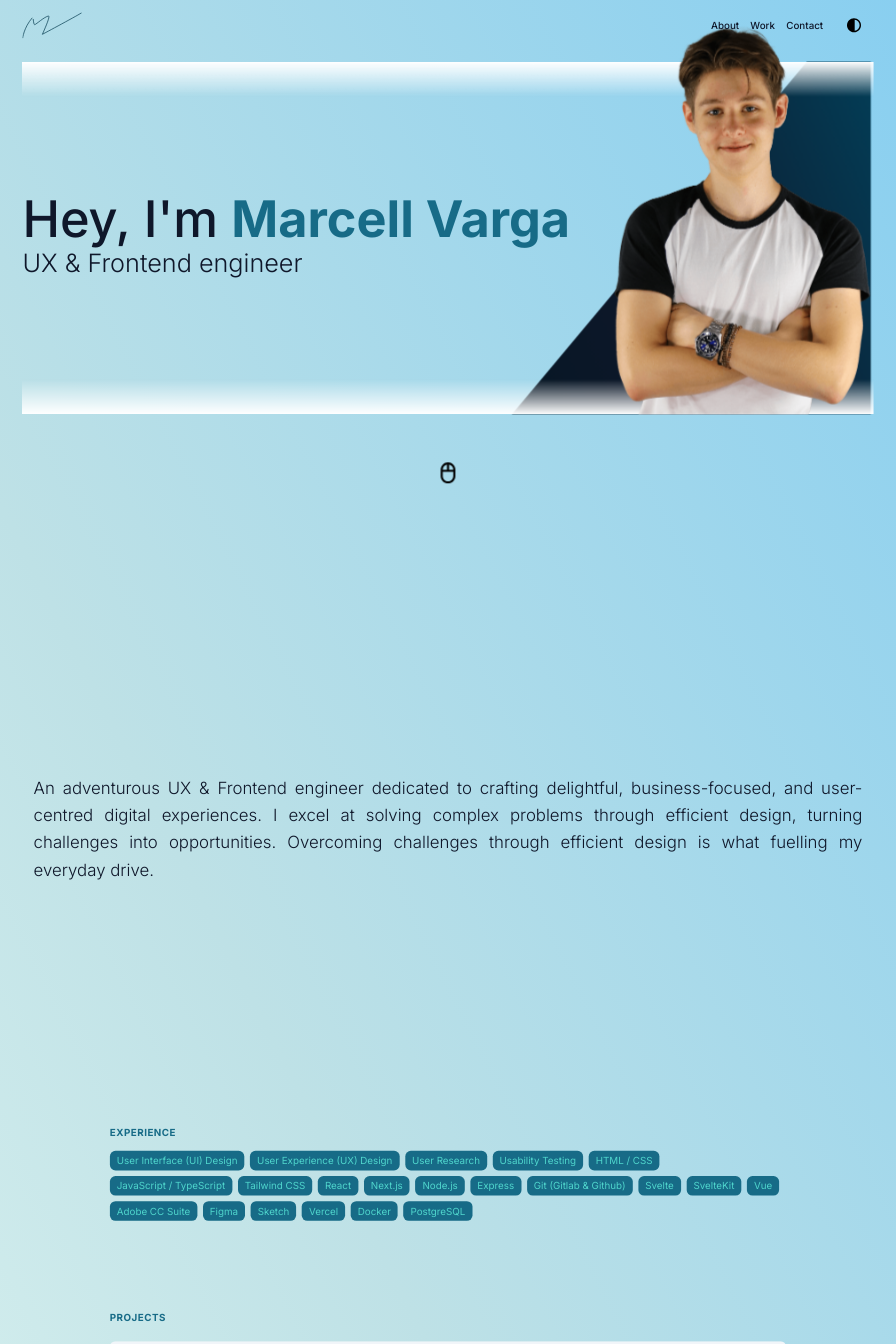
Repository: TheMarcellVarga/personal-portfolio-v.2
Page: /
These files come from the project's save history. The page is drawn as it stood at one moment and after a run of saves; the edit follows.
The browser window is 1280 px wide. The pictures show the part of the page from y = 0 to 1920 px (the page is 4294 px tall), at 70% of full size.
The project was rebuilt for these pictures with package versions that can differ from the ones it lists, and the page was loaded fresh each time. The framework's server and built-in components were replaced by stand-ins that run in the browser. Also part of the build but not shown: next.config.mjs.

Above is the page before, as saved 2024-07-19 00:13:41.

### app/layout.tsx
import type { Metadata } from "next";
import { Inter } from "next/font/google";
import "./globals.css";

const inter = Inter({ subsets: ["latin"] });

export const metadata: Metadata = {
  title: {
    template: "%s | Marcell Varga",
    default: "Marcell Varga",
  },
  description: "Marcell Varga Portfolio | UX & Frontend Engineer",
};
export default function RootLayout({
  children,
}: Readonly<{
  children: React.ReactNode;
}>) {
  return (
    <html lang="en">
      <body className={inter.className}>{children}</body>
    </html>
  );
}

### app/globals.css
@tailwind base;
@tailwind components;
@tailwind utilities;

/* :root {
  --foreground-rgb: 0, 0, 0;
  --background-start-rgb: 214, 219, 220;
  --background-end-rgb: 255, 255, 255;
}

@media (prefers-color-scheme: dark) {
  :root {
    --foreground-rgb: 255, 255, 255;
    --background-start-rgb: 0, 0, 0;
    --background-end-rgb: 0, 0, 0;
  }
}

body {
  color: rgb(var(--foreground-rgb));
  background: linear-gradient(
      to bottom,
      transparent,
      rgb(var(--background-end-rgb))
    )
    rgb(var(--background-start-rgb));
}

@layer utilities {
  .text-balance {
    text-wrap: balance;
  }
} */

/* Light mode */
body {
  background-color: white;
  color: black;
}

/* Dark mode */
.dark body {
  background-color: black;
  color: white;
}

/* globals.css */
.svg-pink {
  fill: pink;
}

/* In your CSS file */
.light .dark-mode-icon {
  fill: #ffffff
}

.dark .dark-mode-icon {
  fill: #ffffff; /* Dark mode color */
}

@-webkit-keyframes animate-svg-stroke-1 {
  0% {
    stroke-dashoffset: 210.06117248535156px;
    stroke-dasharray: 210.06117248535156px;
  }

  100% {
    stroke-dashoffset: 420.1223449707031px;
    stroke-dasharray: 210.06117248535156px;
  }
}

@keyframes animate-svg-stroke-1 {
  0% {
    stroke-dashoffset: 210.06117248535156px;
    stroke-dasharray: 210.06117248535156px;
  }

  100% {
    stroke-dashoffset: 420.1223449707031px;
    stroke-dasharray: 210.06117248535156px;
  }
}

.svg-elem-1 {
  -webkit-animation: animate-svg-stroke-1 1s ease-in-out 1s both;
  animation: animate-svg-stroke-1 1s ease-in-out 1s both;
}

@-webkit-keyframes animate-svg-stroke-2 {
  0% {
    stroke-dashoffset: 798.271240234375px;
    stroke-dasharray: 798.271240234375px;
  }

  100% {
    stroke-dashoffset: 1596.54248046875px;
    stroke-dasharray: 798.271240234375px;
  }
}

@keyframes animate-svg-stroke-2 {
  0% {
    stroke-dashoffset: 798.271240234375px;
    stroke-dasharray: 798.271240234375px;
  }

  100% {
    stroke-dashoffset: 1596.54248046875px;
    stroke-dasharray: 798.271240234375px;
  }
}

.svg-elem-2 {
  -webkit-animation: animate-svg-stroke-2 1s ease-in-out 1.12s both;
  animation: animate-svg-stroke-2 1s ease-in-out 1.12s both;
}

@-webkit-keyframes animate-svg-stroke-3 {
  0% {
    stroke-dashoffset: 2px;
    stroke-dasharray: 2px;
  }

  100% {
    stroke-dashoffset: 4px;
    stroke-dasharray: 2px;
  }
}

@keyframes animate-svg-stroke-3 {
  0% {
    stroke-dashoffset: 2px;
    stroke-dasharray: 2px;
  }

  100% {
    stroke-dashoffset: 4px;
    stroke-dasharray: 2px;
  }
}

.svg-elem-3 {
  -webkit-animation: animate-svg-stroke-3 1s ease-in-out 1.24s both;
  animation: animate-svg-stroke-3 1s ease-in-out 1.24s both;
}

/* CSS for the overlay */
.nav-overlay {
  position: fixed;
  top: 0;
  right: 0;
  width: 80%; /* Adjust the width as needed */
  height: 100%;
  background-color: rgba(23, 107, 135, 1); /* Semi-transparent background */
  transform: translateX(100%); /* Hidden off-screen to the right */
  transition: transform 0.3s ease-out; /* Smooth transition */
  display: flex;
  flex-direction: column;
  justify-content: space-between; /* Pushes the button to the bottom */
  align-items: center;
  padding: 2rem;
  z-index: 2;
 }

 .nav-overlay.open {
  transform: translateX(0); /* Slide in from the right */
 }

/* Hamburger menu with increased z-index when open */
.md\:hidden {
  cursor: pointer;
  z-index: 2; /* Default z-index */
}

.md\:hidden.open {
  z-index: 5; /* Increased z-index when open */
}

/* Hamburger menu lines */
.md\:hidden > div {
  transition: all 0.3s ease;
}

/* Top line of the hamburger menu */
.md\:hidden > div:nth-child(1) {
  transform-origin: center;
}

/* Middle line of the hamburger menu */
.md\:hidden > div:nth-child(2) {
  transform-origin: center;
}

/* Bottom line of the hamburger menu */
.md\:hidden > div:nth-child(3) {
  transform-origin: center;
}

/* Animation for the hamburger menu to become a cross */
.md\:hidden.open > div:nth-child(1) {
  transform: translateY(6px) rotate(45deg);
}

.md\:hidden.open > div:nth-child(2) {
  opacity: 0;
  transition: none !important; /* Ensures no transition */
}

.md\:hidden.open > div:nth-child(3) {
  transform: translateY(-6px) rotate(-45deg);
}

/* Hamburger menu with increased z-index when open */
.md\:hidden {
  cursor: pointer;
  z-index: 2; /* Default z-index */
}

.md\:hidden.open {
  z-index: 5; /* Increased z-index when open */
}

/* CSS for the close button */
.close-btn {
  position: absolute;
  top: 1rem;
  right: 1rem;
  background: none;
  border: none;
  font-size: 1.5rem;
  color: #fff;
  cursor: pointer;
}

/* globals.css */
.sticky-header {
  position: sticky;
  top: 0;
  z-index: 1000; /* Ensure the header stays on top of other content */
  overflow: visible;
}

.pink-svg {
  filter: hue-rotate(300deg); /* Adjust the degree value as needed */
}

@keyframes moveDown {
  0% {
    transform: translateY(0);
  }
  100% {
    transform: translateY(15px); /* Adjust the value as needed */
  }
}

.animate-moveDown {
  animation: moveDown 2s infinite alternate ease-in-out; /* Adjust the duration as needed */
}

.globe-container {
  display: flex;
  justify-content: center;
  align-items: center;
  width: 100%;
  height: 500px; /* Adjust based on your desired height */
}

.triangle-bg-svg {
  position: absolute;
  top: 0; /* Keeps it at the top */
  left: auto;
  right: 0;
  width: 55%; /* Adjust based on your needs */
  height: 100%; /* Adjust based on your needs */
  z-index: 1;
}

.dark-mode .triangle-bg-svg path:first-child {
  fill: #001822;
}

.light-mode .triangle-bg-svg path:first-child {
  fill: #F8F8F8;
}

.main-container::before,
.main-container::after {
  content: '';
  position: absolute;
  width: 100%;
  height: 50px; /* Adjust the height as needed */
  z-index: 10; /* Ensure it's above other content but below the profile image */
}

.main-container::before {
  top: 0;
  background-image: linear-gradient(to bottom, rgba(255, 255, 255, 1), transparent); /* Adjust the color and opacity as needed */
}

.main-container::after {
  bottom: 0;
  background-image: linear-gradient(to top, rgba(255, 255, 255, 1), transparent); /* Adjust the color and opacity as needed */
}

### public/icons/openResume.tsx
import React from "react";

interface IconProps {
  isDarkMode: boolean;
  isHover: boolean;
}

const DarkModeIcon: React.FC<IconProps> = ({ isDarkMode, isHover }) => {
  return (
    <svg
      xmlns="http://www.w3.org/2000/svg"
      width="14"
      height="14"
      viewBox="0 0 512 512"
    >
      <path
        fill={
          isHover && isDarkMode
            ? "#4FD5CC"
            : isHover
            ? "#176B87"
            : isDarkMode
            ? "white"
            : "black"
        }
        d="M320 0c-17.7 0-32 14.3-32 32s14.3 32 32 32h82.7L201.4 265.4c-12.5 12.5-12.5 32.8 0 45.3s32.8 12.5 45.3 0L448 109.3V192c0 17.7 14.3 32 32 32s32-14.3 32-32V32c0-17.7-14.3-32-32-32H320zM80 32C35.8 32 0 67.8 0 112V432c0 44.2 35.8 80 80 80H400c44.2 0 80-35.8 80-80V320c0-17.7-14.3-32-32-32s-32 14.3-32 32V432c0 8.8-7.2 16-16 16H80c-8.8 0-16-7.2-16-16V112c0-8.8 7.2-16 16-16H192c17.7 0 32-14.3 32-32s-14.3-32-32-32H80z"
      />
    </svg>
  );
};

export default DarkModeIcon;

### public/icons/mouseScroll.tsx
import React from "react";

interface IconProps {
  isDarkMode: boolean;
  isOpen: boolean;
}

const MouseScrollIcon: React.FC<IconProps> = ({ isDarkMode, isOpen }) => {
  return (
    <svg
      className="animate-moveDown"
      width="36"
      height="36"
      viewBox="0 0 36 36"
      fill="none"
      xmlns="http://www.w3.org/2000/svg"
    >
      <path
        d="M18 32.9999C15.1 32.9999 12.625 31.9749 10.575 29.9249C8.525 27.8749 7.5 25.3999 7.5 22.4999V13.4999C7.5 10.5999 8.525 8.12494 10.575 6.07494C12.625 4.02494 15.1 2.99994 18 2.99994C20.9 2.99994 23.375 4.02494 25.425 6.07494C27.475 8.12494 28.5 10.5999 28.5 13.4999V22.4999C28.5 25.3999 27.475 27.8749 25.425 29.9249C23.375 31.9749 20.9 32.9999 18 32.9999ZM19.5 13.4999H25.5C25.5 11.6999 24.9313 10.1124 23.7938 8.73744C22.6563 7.36244 21.225 6.49994 19.5 6.14994V13.4999ZM10.5 13.4999H16.5V6.14994C14.775 6.49994 13.3438 7.36244 12.2063 8.73744C11.0688 10.1124 10.5 11.6999 10.5 13.4999ZM18 29.9999C20.075 29.9999 21.8438 29.2687 23.3063 27.8062C24.7688 26.3437 25.5 24.5749 25.5 22.4999V16.4999H10.5V22.4999C10.5 24.5749 11.2313 26.3437 12.6938 27.8062C14.1563 29.2687 15.925 29.9999 18 29.9999Z"
        fill={isOpen ? "white" : isDarkMode ? "white" : "black"}
      />
    </svg>
  );
};

export default MouseScrollIcon;

### app/useWindowSize.tsx
import { useState, useEffect } from "react";

const useWindowSize = () => {
  const [windowSize, setWindowSize] = useState({
    width: undefined as number | undefined,
    height: undefined as number | undefined,
  });

  useEffect(() => {
    // Check if window object is available
    if (typeof window!== "undefined") {
      const handleResize = () => {
        setWindowSize({
          width: window.innerWidth * 0.6,
          height: window.innerHeight * 0.6,
        });
      };

      window.addEventListener("resize", handleResize);
      handleResize();

      return () => window.removeEventListener("resize", handleResize);
    }
  }, []);

  return windowSize;
};

export default useWindowSize;

### app/footer.tsx
"use client";

import GitHubIcon from "@/public/icons/github";
import LinkedInIcon from "@/public/icons/linkedin";
import Link from "next/link";

interface FooterProps {
  isDarkMode: boolean;
  setIsDarkMode: (isDarkMode: boolean) => void;
  isOpen: boolean;
  setIsOpen: (isOpen: boolean) => void;
}

const Footer: React.FC<FooterProps> = ({ isDarkMode, isOpen }) => {
  return (
    <div className="flex w-full flex-row justify-between items-center px-4">
      <div className="flex w-full opacity-50 text-sm">© 2024 Marcell Varga</div>
      <div className="flex space-x-4">
        <Link href="https://www.linkedin.com/in/marcellvarga/">
          {/* <Image
            src="/icons/linkedin.svg"
            alt="Linkedin Icon"
            width={24}
            height={24}
          /> */}
          <LinkedInIcon isDarkMode={isDarkMode} isOpen={isOpen} />
        </Link>
        <Link href="https://github.com/TheMarcellVarga">
          {/* <Image
            src="/icons/github.svg"
            alt="GitHub Icon"
            width={24}
            height={24}
          /> */}
          <GitHubIcon isDarkMode={isDarkMode} isOpen={isOpen} />
        </Link>
      </div>
    </div>
  );
};

export default Footer;

### public/icons/darkMode.tsx
import React from "react";

interface IconProps {
  isDarkMode: boolean;
  isOpen: boolean;
}

const DarkModeIcon: React.FC<IconProps> = ({ isDarkMode, isOpen }) => {
  return (
    <svg
      xmlns="http://www.w3.org/2000/svg"
      height="24px"
      viewBox="0 -960 960 960"
      width="24px"
      fill="none"
    >
      <path
        fill={isOpen ? "white" : isDarkMode ? "white" : "black"}
        d="M480-80q-83 0-156-31.5T197-197q-54-54-85.5-127T80-480q0-83 31.5-156T197-763q54-54 127-85.5T480-880q83 0 156 31.5T763-763q54 54 85.5 127T880-480q0 83-31.5 156T763-197q-54 54-127 85.5T480-80Zm40-83q119-15 199.5-104.5T800-480q0-123-80.5-212.5T520-797v634Z"
      />
    </svg>
  );
};

export default DarkModeIcon;

### public/icons/indexSigAnimated.tsx
import React from "react";

interface IconProps {
  isDarkMode: boolean;
  isOpen: boolean;
}

const IndexSigAnimatedIcon: React.FC<IconProps> = ({ isDarkMode, isOpen }) => {
  return (
    <svg
      className="svg-elem-1"
      width="85"
      height="37"
      viewBox="0 0 85 37"
      fill="none"
      xmlns="http://www.w3.org/2000/svg"
    >
      <g clipPath="url(#clip0_18_152)">
        <path
          stroke={isOpen ? "#053B50" : isDarkMode ? "white" : "#053B50"}
          strokeLinecap="round"
          strokeLinejoin="round"
          d="M0.396973 36.3291C0.396973 36.3291 1.80464 21.811 13.6633 7.89246"
        />
        <path
          stroke={isOpen ? "#053B50" : isDarkMode ? "white" : "#053B50"}
          strokeLinecap="round"
          strokeLinejoin="round"
          d="M84.6029 0.378418C83.4907 1.72562 28.5188 31.0478 28.5188 31.0478C34.2765 18.2493 39.5275 5.38881 37.4414 4.87415C37.3274 4.8523 37.2096 4.85749 37.0982 4.88928C31.574 6.017 19.8186 16.4677 17.715 17.2805C17.665 17.3015 17.6107 17.3113 17.5561 17.3093C16.4821 17.2881 15.8514 13.5856 15.4907 9.68776"
        />
      </g>
      <defs>
        <clipPath id="clip0_18_152">
          <rect width="85" height="36.7076" fill="white" />
        </clipPath>
      </defs>
    </svg>
  );
};

export default IndexSigAnimatedIcon;

### public/icons/github.tsx
import React from "react";

interface IconProps {
  isDarkMode: boolean;
  isOpen: boolean;
}

const GitHubIcon: React.FC<IconProps> = ({ isDarkMode, isOpen }) => {
  return (
    <svg
      width="24"
      height="24"
      viewBox="0 0 24 24"
      fill="none"
      xmlns="http://www.w3.org/2000/svg"
    >
      <g clip-path="url(#clip0_21_650)">
        <path
          d="M8.52656 18.6281C8.52656 18.7219 8.41875 18.7969 8.28281 18.7969C8.12812 18.8109 8.02031 18.7359 8.02031 18.6281C8.02031 18.5344 8.12813 18.4594 8.26406 18.4594C8.40469 18.4453 8.52656 18.5203 8.52656 18.6281ZM7.06875 18.4172C7.03594 18.5109 7.12969 18.6187 7.27031 18.6469C7.39219 18.6937 7.53281 18.6469 7.56094 18.5531C7.58906 18.4594 7.5 18.3516 7.35938 18.3094C7.2375 18.2766 7.10156 18.3234 7.06875 18.4172ZM9.14062 18.3375C9.00469 18.3703 8.91094 18.4594 8.925 18.5672C8.93906 18.6609 9.06094 18.7219 9.20156 18.6891C9.3375 18.6562 9.43125 18.5672 9.41719 18.4734C9.40312 18.3844 9.27656 18.3234 9.14062 18.3375ZM12.225 0.375C5.72344 0.375 0.75 5.31094 0.75 11.8125C0.75 17.0109 4.02188 21.4594 8.69531 23.025C9.29531 23.1328 9.50625 22.7625 9.50625 22.4578C9.50625 22.1672 9.49219 20.5641 9.49219 19.5797C9.49219 19.5797 6.21094 20.2828 5.52188 18.1828C5.52188 18.1828 4.9875 16.8187 4.21875 16.4672C4.21875 16.4672 3.14531 15.7312 4.29375 15.7453C4.29375 15.7453 5.46094 15.8391 6.10312 16.9547C7.12969 18.7641 8.85 18.2437 9.52031 17.9344C9.62813 17.1844 9.93281 16.6641 10.2703 16.3547C7.65 16.0641 5.00625 15.6844 5.00625 11.175C5.00625 9.88594 5.3625 9.23906 6.1125 8.41406C5.99062 8.10938 5.59219 6.85312 6.23438 5.23125C7.21406 4.92656 9.46875 6.49688 9.46875 6.49688C10.4062 6.23438 11.4141 6.09844 12.4125 6.09844C13.4109 6.09844 14.4188 6.23438 15.3563 6.49688C15.3563 6.49688 17.6109 4.92188 18.5906 5.23125C19.2328 6.85781 18.8344 8.10938 18.7125 8.41406C19.4625 9.24375 19.9219 9.89062 19.9219 11.175C19.9219 15.6984 17.1609 16.0594 14.5406 16.3547C14.9719 16.725 15.3375 17.4281 15.3375 18.5297C15.3375 20.1094 15.3234 22.0641 15.3234 22.4484C15.3234 22.7531 15.5391 23.1234 16.1344 23.0156C20.8219 21.4594 24 17.0109 24 11.8125C24 5.31094 18.7266 0.375 12.225 0.375ZM5.30625 16.5422C5.24531 16.5891 5.25938 16.6969 5.33906 16.7859C5.41406 16.8609 5.52187 16.8938 5.58281 16.8328C5.64375 16.7859 5.62969 16.6781 5.55 16.5891C5.475 16.5141 5.36719 16.4812 5.30625 16.5422ZM4.8 16.1625C4.76719 16.2234 4.81406 16.2984 4.90781 16.3453C4.98281 16.3922 5.07656 16.3781 5.10938 16.3125C5.14219 16.2516 5.09531 16.1766 5.00156 16.1297C4.90781 16.1016 4.83281 16.1156 4.8 16.1625ZM6.31875 17.8312C6.24375 17.8922 6.27187 18.0328 6.37969 18.1219C6.4875 18.2297 6.62344 18.2437 6.68437 18.1688C6.74531 18.1078 6.71719 17.9672 6.62344 17.8781C6.52031 17.7703 6.37969 17.7563 6.31875 17.8312ZM5.78438 17.1422C5.70937 17.1891 5.70937 17.3109 5.78438 17.4188C5.85938 17.5266 5.98594 17.5734 6.04688 17.5266C6.12187 17.4656 6.12187 17.3438 6.04688 17.2359C5.98125 17.1281 5.85938 17.0813 5.78438 17.1422Z"
          fill={isOpen ? "white" : isDarkMode ? "white" : "black"}
        />
      </g>
      <defs>
        <clipPath id="clip0_21_650">
          <rect
            width="23.25"
            height="24"
            fill={isOpen ? "white" : isDarkMode ? "white" : "black"}
            transform="translate(0.75)"
          />
        </clipPath>
      </defs>
    </svg>
  );
};

export default GitHubIcon;

### public/icons/linkedin.tsx
import React from "react";

interface LinkedInIconProps {
  isDarkMode: boolean;
  isOpen: boolean;
}

const LinkedInIcon: React.FC<LinkedInIconProps> = ({ isDarkMode, isOpen }) => {
  return (
    <svg
      width="22"
      height="22"
      viewBox="0 0 22 22"
      fill="none"
      xmlns="http://www.w3.org/2000/svg"
    >
      <path
        d="M20.25 0.5H2.24531C1.42031 0.5 0.75 1.17969 0.75 2.01406V19.9859C0.75 20.8203 1.42031 21.5 2.24531 21.5H20.25C21.075 21.5 21.75 20.8203 21.75 19.9859V2.01406C21.75 1.17969 21.075 0.5 20.25 0.5ZM7.09687 18.5H3.98438V8.47812H7.10156V18.5H7.09687ZM5.54062 7.10938C4.54219 7.10938 3.73594 6.29844 3.73594 5.30469C3.73594 4.31094 4.54219 3.5 5.54062 3.5C6.53437 3.5 7.34531 4.31094 7.34531 5.30469C7.34531 6.30312 6.53906 7.10938 5.54062 7.10938ZM18.7641 18.5H15.6516V13.625C15.6516 12.4625 15.6281 10.9672 14.0344 10.9672C12.4125 10.9672 12.1641 12.2328 12.1641 13.5406V18.5H9.05156V8.47812H12.0375V9.84687H12.0797C12.4969 9.05937 13.5141 8.22969 15.0281 8.22969C18.1781 8.22969 18.7641 10.3062 18.7641 13.0062V18.5Z"
        fill={isOpen ? "white" : isDarkMode ? "white" : "black"}
      />
    </svg>
  );
};

export default LinkedInIcon;

### tailwind.config.ts
import type { Config } from "tailwindcss";

const config: Config = {
  content: [
    "./pages/**/*.{js,ts,jsx,tsx,mdx}",
    "./components/**/*.{js,ts,jsx,tsx,mdx}",
    "./app/**/*.{js,ts,jsx,tsx,mdx}",
  ],
  theme: {
    extend: {
      backgroundImage: {
        'gradient-dark': 'linear-gradient(243deg, #02425C 0%, #0F172A 47.5%, #001822 100%)',
        'gradient-light': 'linear-gradient(243deg, #89CFF0 0%, #BEE1E6 47.5%, #F0FFF7 100%)', // Light gradient added here
      },
      backdropBlur: {
        'blur': 'blur(10px)',
      },
      backgroundColor: {
        "custom-light": "#D9D9D9",
      },
      colors: {
        "custom-blue": "#176B87",
        "custom-teal": "#4FD5CC",
      },
    },
  },
  variants: {
    extend: {},
  },
  darkMode: "class", // Ensure dark mode is enabled
  plugins: [],
};

export default config;

Loaded but not shown: app/page.tsx (566 lines, source omitted); app/header.tsx (209 lines, source omitted)

After the next 2 saves:
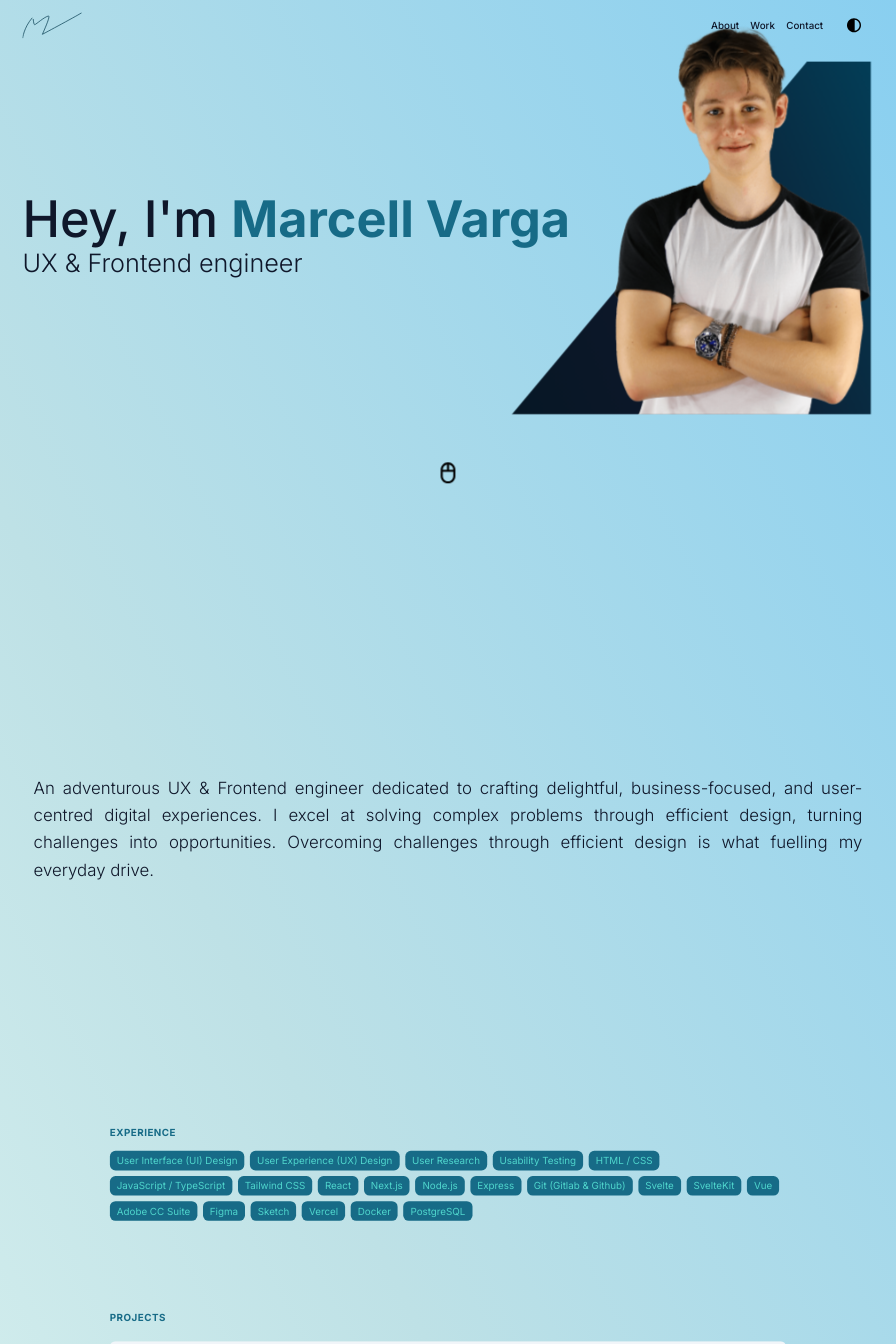
The 2 saves are shown as one change because they came seconds apart.
The last was saved 14 s later.
--- a/app/globals.css
+++ b/app/globals.css
@@ -283,22 +283,3 @@ body {
 .light-mode .triangle-bg-svg path:first-child {
   fill: #F8F8F8;
 }
-
-.main-container::before,
-.main-container::after {
-  content: '';
-  position: absolute;
-  width: 100%;
-  height: 50px; /* Adjust the height as needed */
-  z-index: 10; /* Ensure it's above other content but below the profile image */
-}
-
-.main-container::before {
-  top: 0;
-  background-image: linear-gradient(to bottom, rgba(255, 255, 255, 1), transparent); /* Adjust the color and opacity as needed */
-}
-
-.main-container::after {
-  bottom: 0;
-  background-image: linear-gradient(to top, rgba(255, 255, 255, 1), transparent); /* Adjust the color and opacity as needed */
-}
